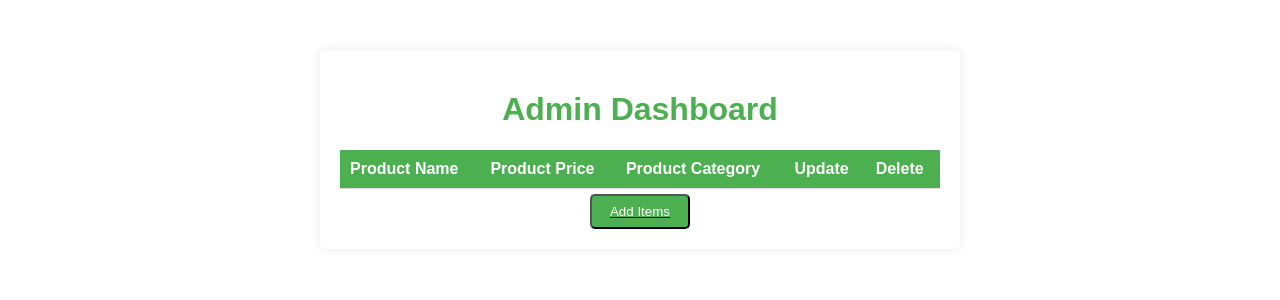
Repository: UrinduYatawakaa/OOP_project
Page: http://localhost/ProductDemo/AllServlet
An editor plug-in stored every save of this project. The page is shown before and after the next save, followed by the edit.
The browser window is 1280 px wide. The pictures show the whole page.
The page is served by Tomcat 9. Other server files are loaded and not shown. Queries for data that is not in the repository find no rows.

Above is the page before, as saved 2023-10-26 04:42:02.

### oop project/ProductDemo/src/main/webapp/searchbarAdmin.jsp
<%@ page language="java" contentType="text/html; charset=ISO-8859-1"
    pageEncoding="ISO-8859-1"%>
    <%@taglib prefix="c" uri="http://java.sun.com/jsp/jstl/core"%>

<!DOCTYPE html>
<html lang="en">

<head>
    <meta charset="UTF-8">
    <meta name="viewport" content="width=device-width, initial-scale=1.0">
    <link rel="stylesheet" href="css/category.css" type="text/css">
    <title>Simple Grocery Cart</title>
</head>

<body>
    <div class="container2">
        <table class="cart">
        <h1>Admin Dashboard</h1>
            <thead>
                <tr>
                    <th>Product Name</th>
                    <th>Product Price</th>
                    <th>Product Category</th>
                    <th>Update</th>
                    <th>Delete</th>
                </tr>
            </thead>
            <c:forEach var="product" items = "${productDetails}" >

            <c:set var="id" value="${product.id}"/>
            <c:set var="name" value="${product.name}"/>
            <c:set var="price" value="${product.price}"/>
            <c:set var="category" value="${product.category}"/>

            <c:url value="updateProduct.jsp" var="productUpdate">
		    <c:param name="id" value="${id}"/>
		    <c:param name="name" value="${name}"/>
		    <c:param name="price" value="${price}"/>
		    <c:param name="category" value="${category}"/>
	        </c:url>

	        <c:url value="deleteProduct.jsp" var="productDelete">
		    <c:param name="id" value="${id}"/>
		    <c:param name="name" value="${name}"/>
		    <c:param name="price" value="${price}"/>
		    <c:param name="category" value="${category}"/>
	        </c:url>

            <tbody>
                <tr>
                    <td>${product.name}</td>
                    <td>${product.price}</td>
                    <td>${product.category}</td>

                    <td>
                        <a href="${productUpdate}">
                            <input type="button" name="update" value="update value"  class="add-to-cart-button">
                            </a>
                    </td>

                    <td>
                        <a href="${productDelete}">
                            <input type="button" name="delete" value="delete item"  class="add-to-cart-button">
                            </a>
                    </td>
                </tr>

        </c:forEach>
        </tbody>

        </table>
         <a href="ProductInsert.jsp">
         <input type="button" name="update" value="Add Items"  class="add-to-cart-button">
        </a>

    </div>
</body>


</html>

### oop project/ProductDemo/src/main/java/com/product/AllServlet.java
package com.product;

import java.io.IOException;
import java.util.List;

import javax.servlet.RequestDispatcher;
import javax.servlet.ServletException;
import javax.servlet.annotation.WebServlet;
import javax.servlet.http.HttpServlet;
import javax.servlet.http.HttpServletRequest;
import javax.servlet.http.HttpServletResponse;

@WebServlet("/AllServlet")
public class AllServlet extends HttpServlet {
	private static final long serialVersionUID = 1L;

	protected void doGet(HttpServletRequest request, HttpServletResponse response) throws ServletException, IOException {
		String category = request.getParameter("category");

		List<Product> productDetails = ProductDBUtil.getAll();
			request.setAttribute("productDetails", productDetails);

			RequestDispatcher dis = request.getRequestDispatcher("searchbarAdmin.jsp");
			dis.forward(request, response);



	}

}

### oop project/ProductDemo/src/main/java/com/product/ProductDBUtil.java
package com.product;
import java.sql.Connection;
import java.sql.DriverManager;
import java.sql.PreparedStatement;
import java.sql.ResultSet;
import java.sql.Statement;
import java.util.ArrayList;
import java.util.List;


public class ProductDBUtil {

	private static boolean isSuccess;
	private static Connection con = null;
	private static Statement stmt = null;
	private static ResultSet rs = null;

	public static List<Product> getProduct (String name){

		ArrayList<Product> product = new ArrayList<>();



		try {
			//String sql = "select * from product_details where product_name='%''"+name+"''%'";
			con = DBConnect.getConnction();
			stmt = con.createStatement();
			String sql = "SELECT * FROM product_details WHERE product_name LIKE '%" + name + "%'";
			rs = stmt.executeQuery(sql);

			if(rs.next()) {
				int id = rs.getInt(1);
				String productName = rs.getString(2);
				double price = rs.getDouble(3);
				String category = rs.getString(4);

				Product p = new Product(id,productName,price,category);
				product.add(p);
			}

		} catch (Exception e) {
			e.printStackTrace();
		}



		return product;

	}

	public static boolean InsertProduct(String name, String price, String category) {

		boolean isSuccess = false;


		try {
			con = DBConnect.getConnction();
			stmt = con.createStatement();
            double Price = Double.parseDouble(price); // Convert the String to a double

			String sql = "insert into product_details values (0,'"+name+"','"+Price+"','"+category+"')";
			int rs = stmt.executeUpdate(sql); //update to query

			if(rs>0) {
				isSuccess = true;
			} else {
				isSuccess = false;
			}

		} catch (Exception e) {
			e.printStackTrace();
		}


		return isSuccess;
	}

	public static boolean updateProduct(String id, String name, String price, String category) {

		try {
			con = DBConnect.getConnction();
			stmt = con.createStatement();

			double Price = Double.parseDouble(price);

			String sql = "update product_details set product_name='"+name+"', product_price='"+Price+"', product_category='"+category+"' where idproduct_details='"+id+"'";
			int rs = stmt.executeUpdate(sql);

			if(rs > 0) {
				isSuccess = true;
			} else {
				isSuccess = false;
			}

		} catch (Exception e) {
			e.printStackTrace();
		}

		return isSuccess;
	}

	public static List<Product> getProdcutDetails(String id){

		int convertID = Integer.parseInt(id);

		ArrayList<Product> product = new ArrayList<>();

		try {

			con = DBConnect.getConnction();
			stmt = con.createStatement();
			String sql = "SELECT * FROM product_details WHERE idproduct_details='" + convertID + "'";
			rs = stmt.executeQuery(sql);

			while(rs.next()) {
				int ID = rs.getInt(1);
				String productName = rs.getString(2);
				double price = rs.getDouble(3);
				String category = rs.getString(4);

				Product p = new Product(ID,productName,price,category);
				product.add(p);
			}


		} catch (Exception e) {
			e.printStackTrace();
		}

		return product;
	}


	public static List<Product> getCategory(String category){


		ArrayList<Product> product = new ArrayList<>();

		try {

			con = DBConnect.getConnction();
			stmt = con.createStatement();
			String sql = "SELECT * FROM product_details WHERE product_category='" + category + "'";
			rs = stmt.executeQuery(sql);

			while(rs.next()) {
				int ID = rs.getInt(1);
				String productName = rs.getString(2);
				double price = rs.getDouble(3);
				String categoryy = rs.getString(4);

				Product p = new Product(ID,productName,price,categoryy);
				product.add(p);
			}


		} catch (Exception e) {
			e.printStackTrace();
		}

		return product;
	}

//
public static List<Product> getAll(){


		ArrayList<Product> product = new ArrayList<>();

		try {

			con = DBConnect.getConnction();
			stmt = con.createStatement();
			String sql = "SELECT * FROM product_details";
			rs = stmt.executeQuery(sql);

			while(rs.next()) {
				int ID = rs.getInt(1);
				String productName = rs.getString(2);
				double price = rs.getDouble(3);
				String categoryy = rs.getString(4);

				Product p = new Product(ID,productName,price,categoryy);
				product.add(p);
			}


		} catch (Exception e) {
			e.printStackTrace();
		}

		return product;
	}

public static boolean deleteCustomer(String id) {

	int convertID = Integer.parseInt(id);

	try {

		con = DBConnect.getConnction();
		stmt = con.createStatement();
		String sql = "DELETE FROM product_details WHERE idproduct_details ='" + convertID + "'";
		int rs = stmt.executeUpdate(sql);

		if(rs > 0) {
			isSuccess = true;
		} else {
			isSuccess = false;
		}

	} catch (Exception e) {
		e.printStackTrace();
	}

	return isSuccess;
}

}

### oop project/ProductDemo/src/main/java/com/product/DBConnect.java
package com.product;

import java.sql.Connection;
import java.sql.DriverManager;

public class DBConnect {

	private static String url = "jdbc:mysql://localhost:3306/product";
	private static String user = "root";
	private static String password = "1234";
	private static Connection con;

	public static Connection getConnction() {

		try {
			Class.forName("com.mysql.jdbc.Driver");

			con = DriverManager.getConnection(url, user, password);

		} catch (Exception e) {
			System.out.println("Database connection failed!");
		}

		return con;

	}

}

### oop project/ProductDemo/src/main/webapp/css/category.css
@charset "ISO-8859-1";

body {
    font-family: Arial, sans-serif;
    background-color: #fff;
    color: #333;
    margin: 0;
    padding: 0;
}

.container2 {
    max-width: 600px;
    margin: 0 auto;
    padding: 20px;
    background-color: #fff;
    box-shadow: 0 0 10px rgba(0, 0, 0, 0.1);
    border-radius: 5px;
    margin-top: 50px;
    margin-bottom: 50px;
}

.container2 h1 {
    text-align: center;
    color: #4CAF50;
}

.cart {
    width: 100%;
    margin-top: 20px;
    border-collapse: collapse;
}

.cart th, .cart td {
    padding: 10px;
    text-align: left;
    border-bottom: 1px solid #ddd;
}

.cart th {
    background-color: #4CAF50;
    color: #fff;
}

.cart tbody tr:hover {
    background-color: #f5f5f5;
}

.add-to-cart-button {
    display: block;
    width: 100px;
    text-align: center;
    background-color: #4CAF50;
    color: #fff;
    padding: 8px 10px;
    text-decoration: none;
    border-radius: 5px;
    margin: 0 auto;
    margin-top: 5px;
}

.add-to-cart-button:hover {
    background-color: #333;
}

After the next save:
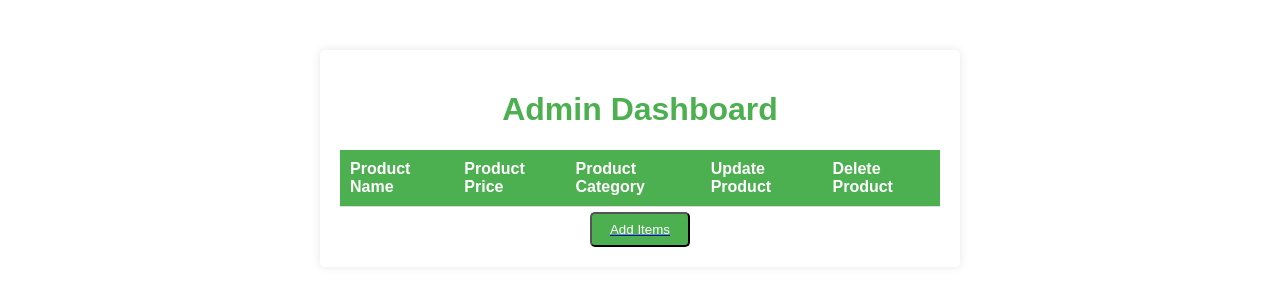
Saved 91 s later.
--- a/oop project/ProductDemo/src/main/webapp/searchbarAdmin.jsp
+++ b/oop project/ProductDemo/src/main/webapp/searchbarAdmin.jsp
@@ -21,8 +21,8 @@
                     <th>Product Name</th>
                     <th>Product Price</th>
                     <th>Product Category</th>
-                    <th>Update</th>
-                    <th>Delete</th>
+                    <th>Update Product</th>
+                    <th>Delete Product</th>
                 </tr>
             </thead>
             <c:forEach var="product" items = "${productDetails}" >
@@ -54,13 +54,13 @@
 
                     <td>
                         <a href="${productUpdate}">
-                            <input type="button" name="update" value="update value"  class="add-to-cart-button">
+                            <input type="button" name="update" value="update"  class="add-to-cart-button">
                             </a>
                     </td>
 
                     <td>
                         <a href="${productDelete}">
-                            <input type="button" name="delete" value="delete item"  class="add-to-cart-button">
+                            <input type="button" name="delete" value="delete"  class="add-to-cart-button">
                             </a>
                     </td>
                 </tr>
